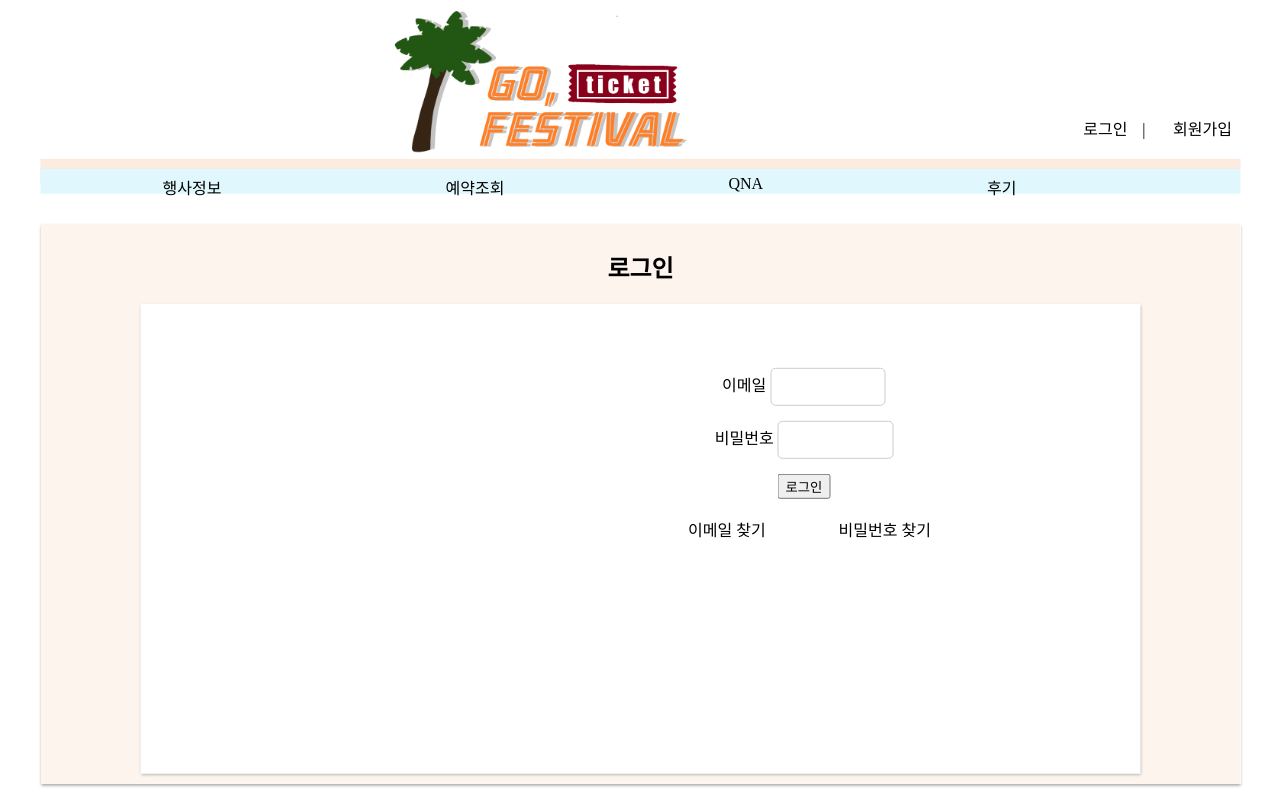
Repository: Changgyu1/Chang_Gu
Page: http://localhost/Project/login.jsp
These files come from the project's save history. The page is drawn as it stood at one moment and after the next save; the edit follows.
The browser window is 1280 px wide. The pictures show the whole page.
Some web fonts or font styles are not loaded; a fallback is used. The page is served by Tomcat 9. Other server files are loaded and not shown.

Above is the page before, as saved 2023-11-16 08:04:53.

### Project/src/main/webapp/login.jsp
<%@ page language="java" contentType="text/html; charset=UTF-8"
    pageEncoding="UTF-8"%>
<!DOCTYPE html>
<html lang="UTF-8">
<head>
    <meta charset="UTF-8">
    <meta name="viewport" content="width=device-width, initial-scale=1.0">
    <title>로그인</title>
    <link rel="stylesheet" href="./hjCss/main.css">
	<link rel="stylesheet" href="./hjCss/reservationCss.css">
	<style>
	.alink{
	text-align: center;  text-decoration: none;
	  color: inherit;
	      margin: 0px 29px 0px 40px;
	  }
	  .centerReg{
	     	 position: absolute;

            top: 50%;
            left: 50%;

	  }
	  .size{}
	</style>
</head>
<body>
<div id="wrapper">
    <!--로고이미지-->
    <img src="./image/로고1.png" id="logo">

    <!--로그인 버튼-->
    <div style="text-align: right; width: 1215px;">
    <%
    	if(session.getAttribute("email")!=null){
    %>
	 	<button type="button" onclick="location.href='logout.jsp'" style="width:75px;">로그아웃</button>
	 	 <h>|</h>
	    <button type="button" onclick="location.href='mypageServlet?email=<%=session.getAttribute("email")%>" style="width:100px;">마이페이지</button>
	 <%
    	}else{
	 %>
		 <button type="button" onclick="location.href='login.jsp'" style="width:60px;">로그인</button>
		 <h>|</h>
	    <button type="button" onclick="location.href='register.jsp'" style="width:100px;">회원가입</button>
	  <%
    	}
	  %>

<!-- 메뉴바 -->
  <div id="buttons">
		<ul>
			<li onclick="location.href='review_list.jsp'">후기</li>
			<li onclick="location.href='Qna_List.jsp'">QNA</li>
			<li onclick="location.href='reservation_search.jsp'">예약조회</li>
			<li onclick="location.href='Event_List.jsp'">행사정보</li>
		</ul>
	</div>
	<!-- 가운데 가장 큰 박스 -->
	<div id="background">

		<h2 style="padding-top:15px">로그인</h2>
		<!-- 안에 글넣는 하얀 박스-->
		<div id="reviewbox">
		<div class="centerReg">
            <form action="loginServlet" method="post">
				<label for="email">이메일</label>
				<input type="email" id="email" name="email" class="size" required><br>
				<label for="password">비밀번호</label>
				<input type="password" id="password" name="password" class="size" required><br>
				<input type="submit" value="로그인"><br>
			</form>
				<br><a href="findEmail.jsp" class="alink">이메일 찾기</a>
				<a href="findPassword.jsp" class="alink">비밀번호 찾기</a>
				</div>
        </div>

	 </div>

</div>
</body>
</html>

### Project/src/main/webapp/hjCss/main.css
@font-face {
    font-family: 'NanumSquareNeo-Variable';
    src: url('https://cdn.jsdelivr.net/gh/projectnoonnu/noonfonts_11-01@1.0/NanumSquareNeo-Variable.woff2') format('woff2');
    font-weight: normal;
    font-style: normal;
}

    *{
    font-family: 'NanumSquareNeo-Variable';
    }

     body{
 	   	 position: absolute;
            padding: 20px;
            top: 50%;
            left: 50%;
            transform: translate(-50%, -50%);
    }



    #logo{
        width:300px;
        margin-left:350px;
        margin-bottom:-56px;
        margin-top:50px;
    }


       #searchbox{
     margin-right:100px;
        }


    #buttons{
        background:rgba(150, 230, 248, 0.295);
        height: 25px;
        width: 1200px;
        box-shadow: 0px -10px 0px rgba(249, 220, 201, 0.575);
        margin-top: 25px;

    }

    button{
        border:none;
        background:none;
        margin: 3px;
        font-size: 16px;
        width: 250px;

    }

    #background{
        background-color:rgba(249, 220, 201, 0.326);
        width: 1200px;
        height: 550px;
        margin-top: 30px;

        box-shadow: 0px 2px 3px rgb(161, 160, 159);
        padding-top:10px;

    }



    #reviewbox{

    	padding-top:20px;
    	max-width: 1000px;
        height: 450px;
        margin-left:auto;
        margin-right:auto;
        background-color: #ffffff;
        text-align:center;
        box-shadow: 0px 1px 3px rgb(161, 160, 159);
        margin-top : 20px;


    }


    #review{
    margin:10px;
    width:700px;
    height:250px;

    }

    #review_title{
    margin:10px;
     width:700px;
    height:30px;

    }



    h2{
    font-family: 'NanumSquareNeo-Variable';
 	margin-top:0px;
    text-align: center;
    }


    #list{

            background-color: rgba(149, 150, 149, 0.055);
            border: 1px solid gray;
            border-collapse: collapse;
            padding: 10px;
            width:900px;
            text-align: center;
            margin-left:auto;
   			margin-right:auto;

        }


        th{

            background-color: rgba(161, 161, 161, 0.377);

        }

        th,td{

            border: 1px solid gray;
            padding: 10px;
        }

        #textbox{
        margin-right:100px;
        }

ul{
	list-style:none;
}

### Project/src/main/webapp/hjCss/reservationCss.css


/* 입력 필드 스타일 */
input[type="text"],
input[type="email"],
 input[type="password"]{
    width: 30%;
    padding: 10px;
    margin-bottom: 15px;
    border: 1px solid #ccc;
    border-radius: 5px;
}

ul{
		list-style:none;
	}
	li{
		float:right;
		margin: 6px 224px 0px 0;
	}

After the next save:
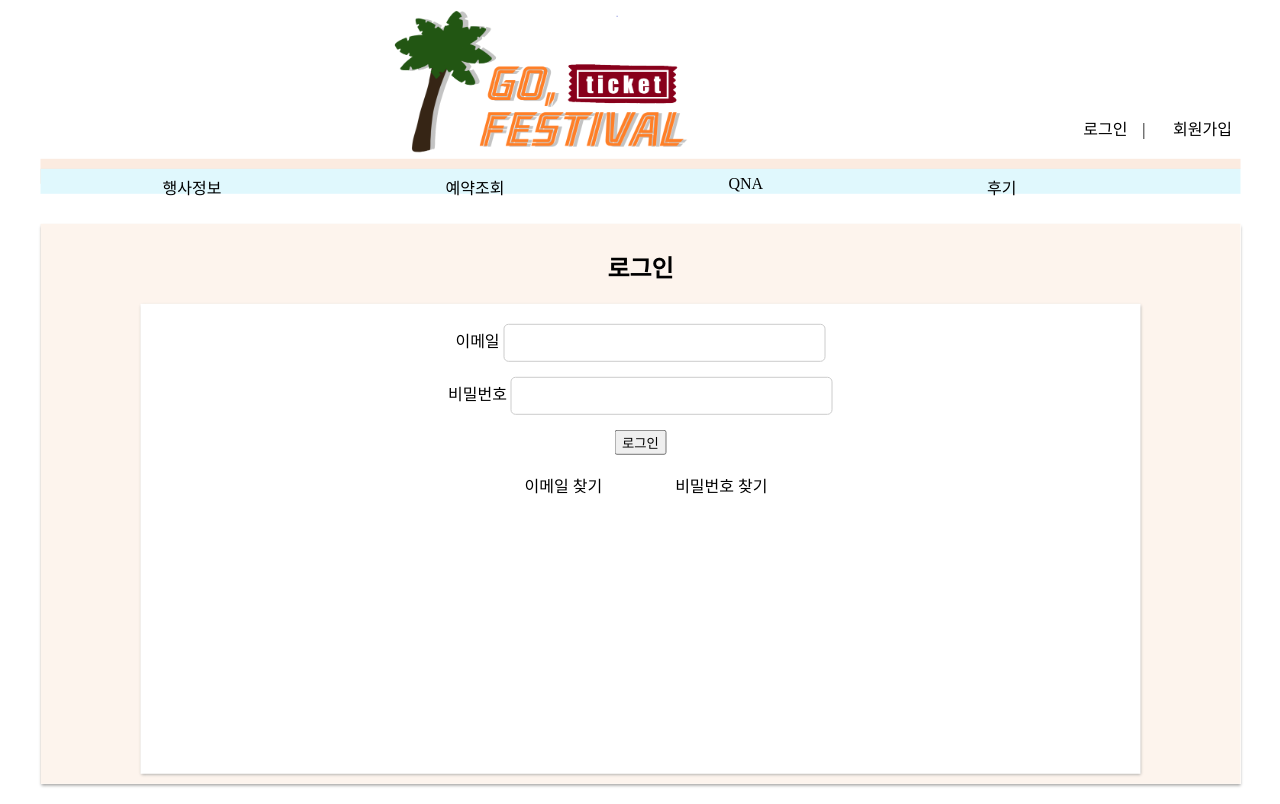
Saved 4 s later.
--- a/Project/src/main/webapp/login.jsp
+++ b/Project/src/main/webapp/login.jsp
@@ -14,14 +14,7 @@
 	  color: inherit;
 	      margin: 0px 29px 0px 40px;
 	  }
-	  .centerReg{
-	     	 position: absolute;
 
-            top: 50%;
-            left: 50%;
-
-	  }
-	  .size{}
 	</style>
 </head>
 <body>
